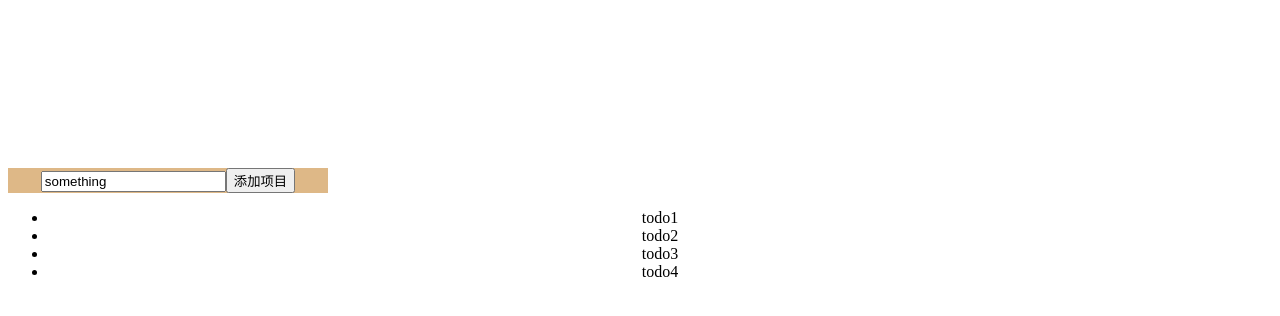
Repository: ArtemisWang/todolistProject
Page: /
An editor plug-in stored every save of this project. The page is shown before and after the next save, followed by the edit.
The browser window is 1280 px wide. The pictures show the whole page.
The project was rebuilt for these pictures with package versions that can differ from the ones it lists, and the page was loaded fresh each time.

Above is the page before, as saved 2020-02-28 21:36:41.

### src/App.js
import React,{useState} from 'react';
import './App.css'
const App=function(){

    const [list, setList]=useState(['todo1','todo2','todo3','todo4'])
    const [content, setContent]=useState('something')

    function addItem(){
        setList([...list,content])
        setContent('')
    }

    function changeContent(e){
        setContent(e.target.value)
        return content
    }

    function deleteItem(i){
        setList(list.filter((x,index)=>index!==i))
    }

    return (
    <div className='app'>
        <div className='input'>
            <input onChange={changeContent} value={content}/>
            <button onClick={addItem}>添加项目</button>
        </div>
        <div className='u-list'>
            <ul>
                {list.map((it,i)=>(<li key={it+i} onClick={deleteItem.bind(this,i)}>{it}</li>))}
            </ul>
        </div>
    </div>)
}




export default App

### src/App.css
.app{
    text-align: center;
    padding-top: 10rem;
}

.input{
    display: block;
    background-color: burlywood;
    width: 20rem;
    text-align: center;
}

Loaded but not shown: public/index.html (common file); src/index.js (common file)

After the next save:
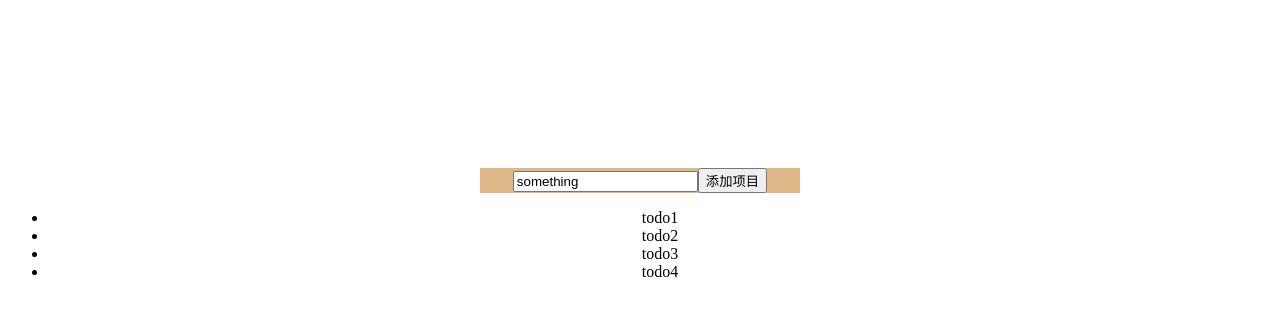
Saved 57 s later.
--- a/src/App.css
+++ b/src/App.css
@@ -7,5 +7,6 @@
     display: block;
     background-color: burlywood;
     width: 20rem;
-    text-align: center;
+    margin-left:auto;
+    margin-right:auto;
 }
